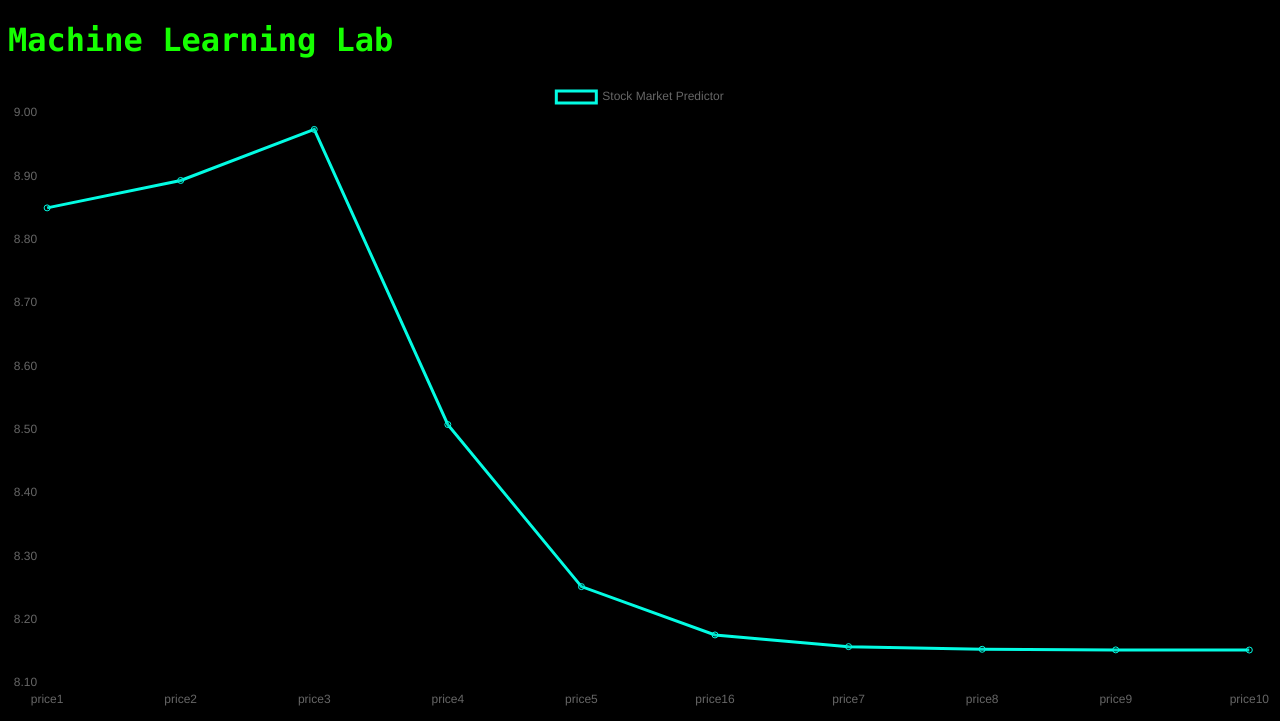
Repository: blackout41/machineLearning
Page: goldIndex.html
The author's editor kept a record of every edit. The page is drawn from the files as they stood at one moment, then again after the next edit.
The browser window is 1280 px wide. The pictures show the whole page.
Some web libraries are served in a nearby version.

Above is the page before.

After the next edit:
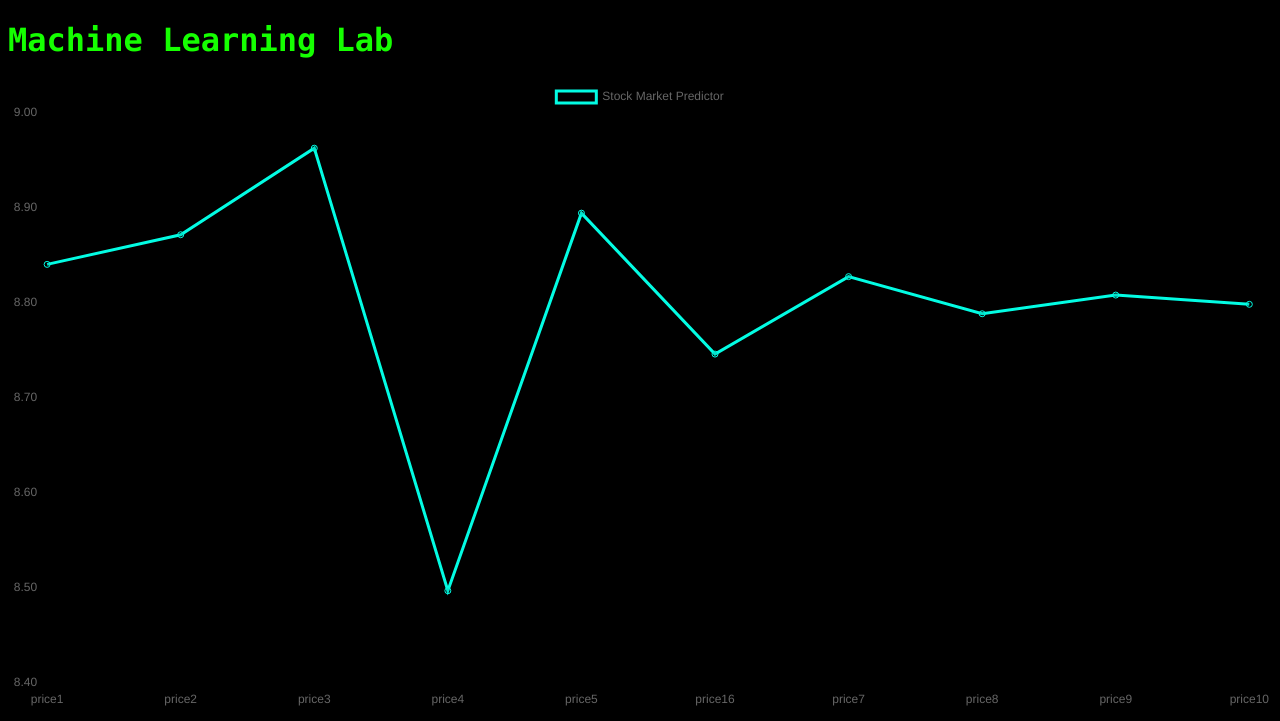
The edit:
--- a/goldIndex.js
+++ b/goldIndex.js
@@ -14,7 +14,13 @@
         8.89,
         8.99,
         8.50,
-        8.25,
+        8.96,
+        8.85,
+        8.85,
+        8.85,
+        8.85,
+        8.50,
+        8.96,
     ]
 ];
 
